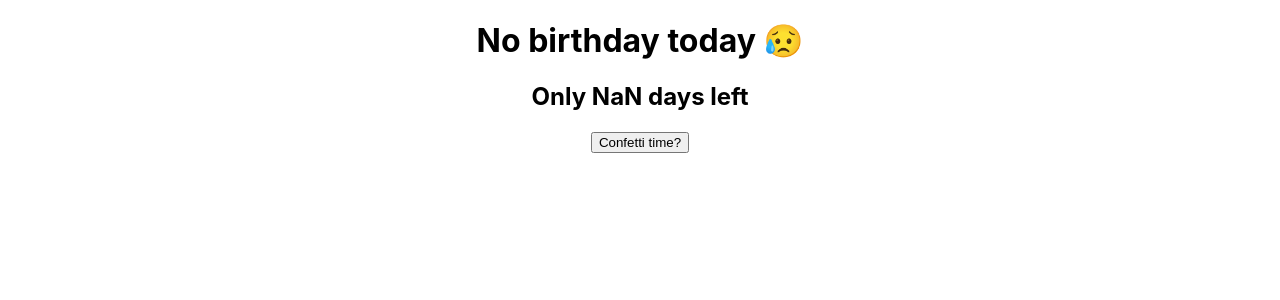
Repository: David-Waite/HannahsBirthdayWebsite
Page: /
These files come from the project's save history. The page is drawn as it stood at one moment and after a run of saves; the edit follows.
The browser window is 1280 px wide. The pictures show the whole page.
The project was rebuilt for these pictures with package versions that can differ from the ones it lists, and the page was loaded fresh each time.

Above is the page before, as saved 2023-03-30 18:07:07.

After the next 3 saves:
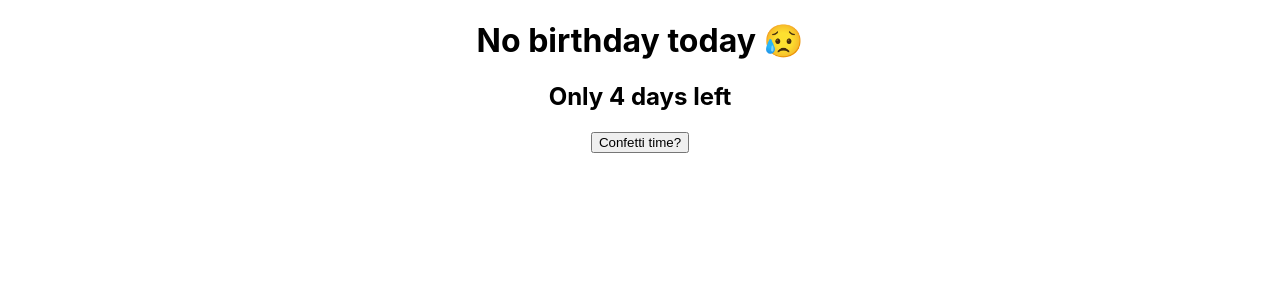
The 3 saves are shown as one change because 1 did not build or start and some came seconds apart.
The last was saved 19 s later.
--- a/src/App.js
+++ b/src/App.js
@@ -31,10 +31,7 @@ function App() {
     const oneDay = 1000 * 60 * 60 * 24;
     let daysUntilBirthday;
     if (hannahBday < date) {
-      daysUntilBirthday =
-        Math.ceil(
-          new Date(date.getFullYear + 1, 2, 29).getTime() - date.getTime()
-        ) / oneDay;
+      daysUntilBirthday = 4;
     } else {
       daysUntilBirthday =
         Math.ceil(hannahBday.getTime() - date.getTime()) / oneDay;
